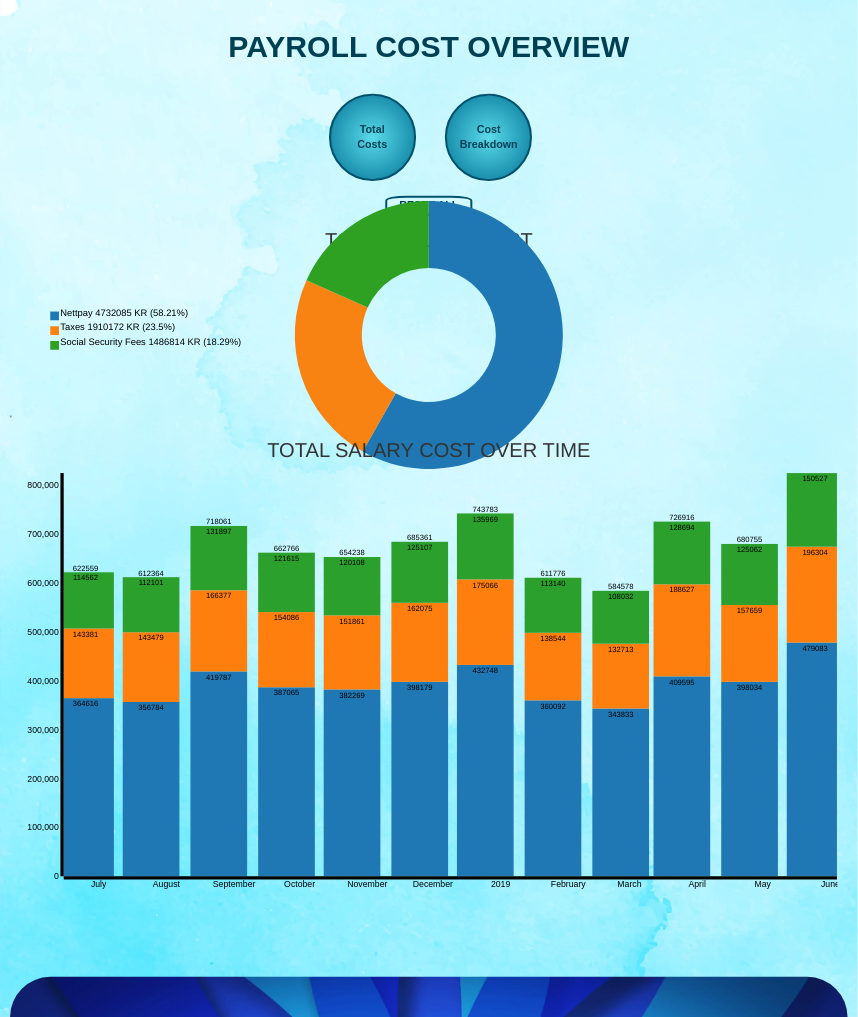
Repository: Code-Institute-Submissions/danfiliphoff-Milestoneproject-2
Page: total_cost.html
The author's editor kept a record of every edit. The page is drawn from the files as they stood at one moment, then again after the next edit.
The browser window is 1280 px wide. The pictures show the whole page, at 67% of full size.

Above is the page before.

After the next edit:
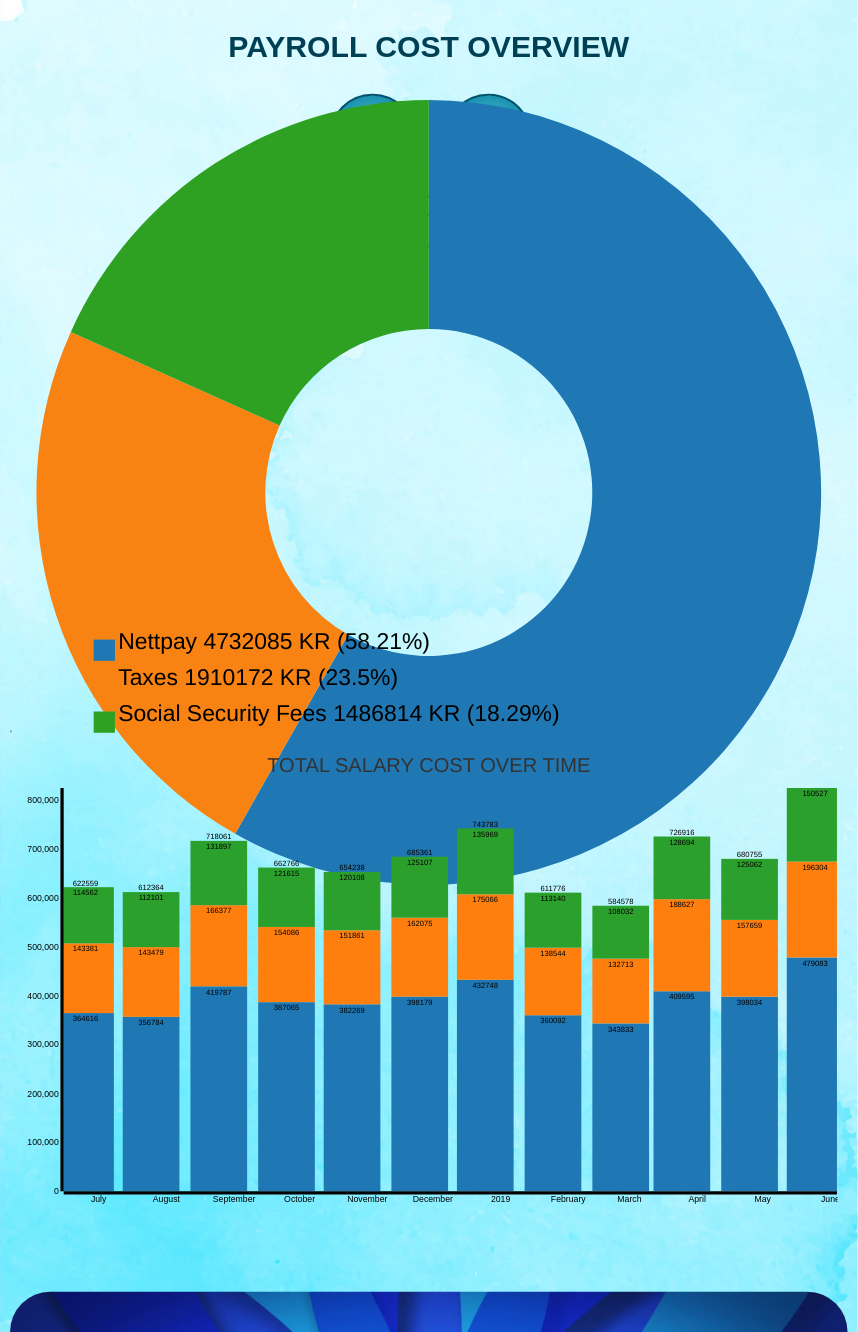
The edit:
--- a/static/js/total_cost.js
+++ b/static/js/total_cost.js
@@ -101,8 +101,9 @@
 
 
     dc.pieChart('#total-cost-pie-chart')
-        .height(750)
-        .radius(200)
+        .height(500)
+        .width(500)
+        .radius(240)
         .useViewBoxResizing(true)
         .innerRadius(100)
         .transitionDuration(1500)
